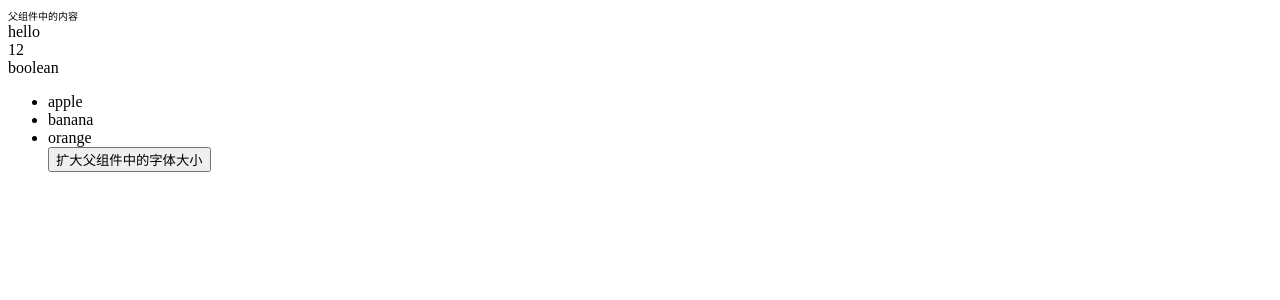
Repository: R1Deemo/Vue
Page: 05.html
An editor plug-in stored every save of this project. The page is shown before and after the next save, followed by the edit.
The browser window is 1280 px wide. The pictures show the whole page.

Above is the page before, as saved 2022-11-14 09:33:34.

### 05.html
<!DOCTYPE html>
<html lang="en">

<head>
    <meta charset="UTF-8">
    <meta http-equiv="X-UA-Compatible" content="IE=edge">
    <meta name="viewport" content="width=device-width, initial-scale=1.0">
    <title>Document</title>
</head>

<body>

    <div id="app">
        <div :style='{fontSize: fontSize+"px"}'> {{pmsg}}</div>
        <menu-item :pstr="pstr" :pnum="12" :pboo="true" :parr="parr" @enlarge-text="handle"></menu-item>
        <!-- 前面不加冒号值会变成字符串 -->
    </div>


    <script src="https://cdn.jsdelivr.net/npm/vue/dist/vue.js"></script>
    <script>
        Vue.component('menu-item', {
            props: ['pstr', 'pnum', 'pboo', 'parr'], //传递数据原则是单向数据流
            template: `
            <div>
            <div>{{pstr}}</div>
            <div>{{pnum}}</div>
            <div>{{typeof pboo}}</div>
            <ul>
                <li :key='index'v-for='(item,index) in parr'>{{item}}</li>
                <button @click='$emit("enlarge-text")'>扩大父组件中的字体大小</button>
            </ul>
            </div>

            `
        })
        var vm = new Vue({
            el: '#app',
            data: {
                pmsg: '父组件中的内容 ',
                // pTitle: '动态绑定属性 ',
                pstr: 'hello',
                parr: ['apple', 'banana', 'orange'],
                fontSize: 10
            },
            methods: {
                handle: function() {
                    this.fontSize += 1.5
                }
            }
        })
    </script>
</body>

</html>

After the next save:
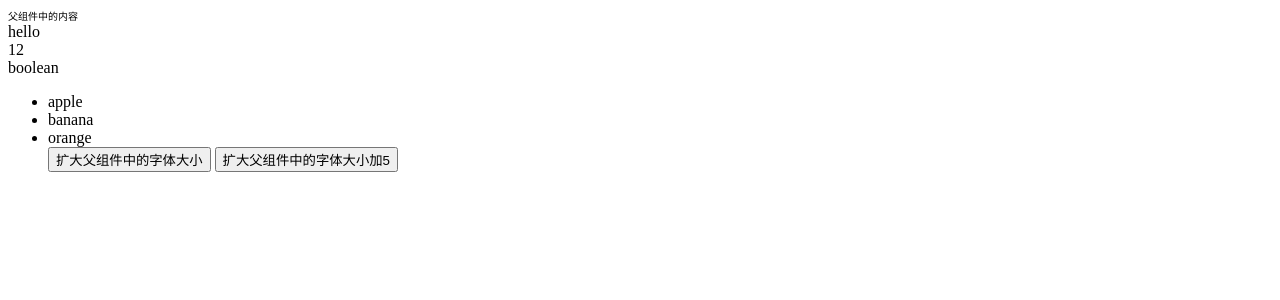
Saved 3 min 33 s later.
--- a/05.html
+++ b/05.html
@@ -12,7 +12,7 @@
 
     <div id="app">
         <div :style='{fontSize: fontSize+"px"}'> {{pmsg}}</div>
-        <menu-item :pstr="pstr" :pnum="12" :pboo="true" :parr="parr" @enlarge-text="handle"></menu-item>
+        <menu-item :pstr="pstr" :pnum="12" :pboo="true" :parr="parr" @enlarge-text="handle($event)"></menu-item>
         <!-- 前面不加冒号值会变成字符串 -->
     </div>
 
@@ -29,6 +29,8 @@
             <ul>
                 <li :key='index'v-for='(item,index) in parr'>{{item}}</li>
                 <button @click='$emit("enlarge-text")'>扩大父组件中的字体大小</button>
+                <button @click='$emit("enlarge-text",5)'>扩大父组件中的字体大小加5</button>
+
             </ul>
             </div>
 
@@ -44,8 +46,8 @@
                 fontSize: 10
             },
             methods: {
-                handle: function() {
-                    this.fontSize += 1.5
+                handle: function(val) {
+                    this.fontSize += val
                 }
             }
         })
